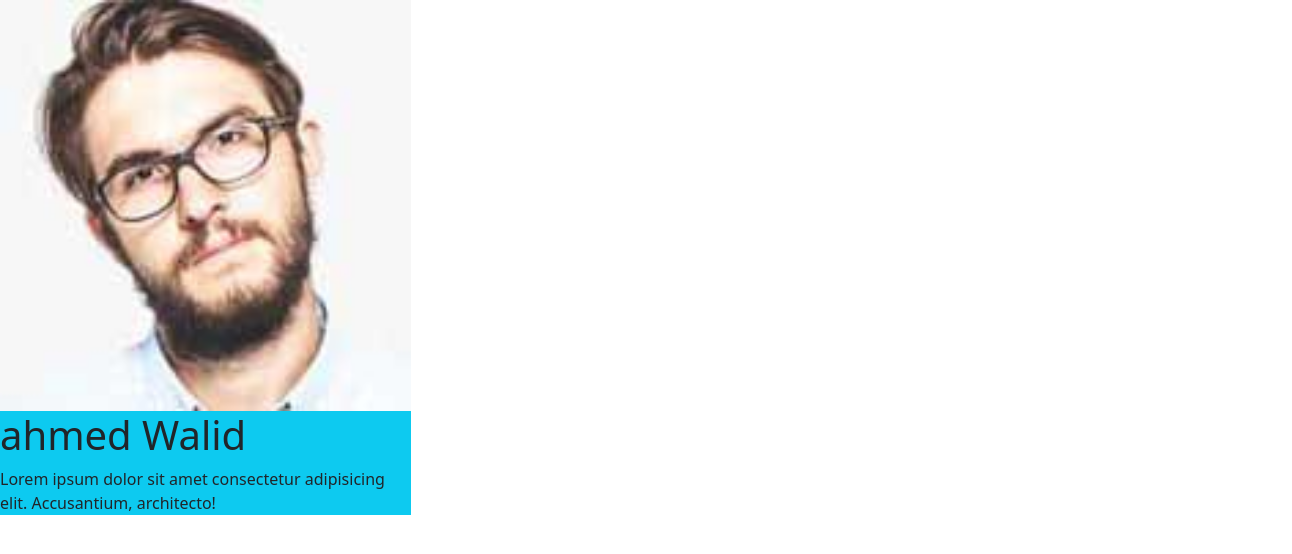
Repository: Ahmedalid/testing
Page: test.html
These files come from the project's save history. The page is drawn as it stood at one moment and after the next save; the edit follows.
The browser window is 1280 px wide. The page is 1292 px wide, then 1280 px, so the pictures cover 1292 px, including what lies to the right of the window. The pictures show the whole page.

Above is the page before, as saved 2023-06-24 15:46:34.

After the next save:
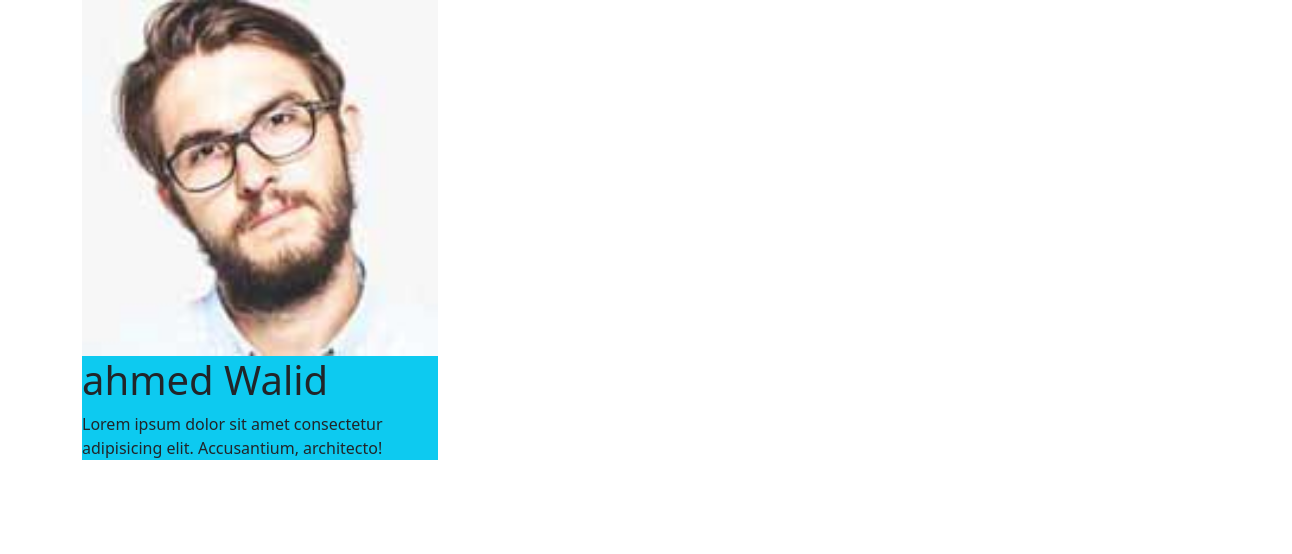
Saved 16 s later.
--- a/test.html
+++ b/test.html
@@ -8,6 +8,7 @@
 </head>
 <body>
 
+  <div class="container">
     <div class="row" id="my-row">
         <div class="col-md-4">
             <div class="bg-info">
@@ -19,6 +20,7 @@
         </div>
     </div>
 
+  </div>
 
 
     <script src="bootstrap.bundle.min.js"></script>
